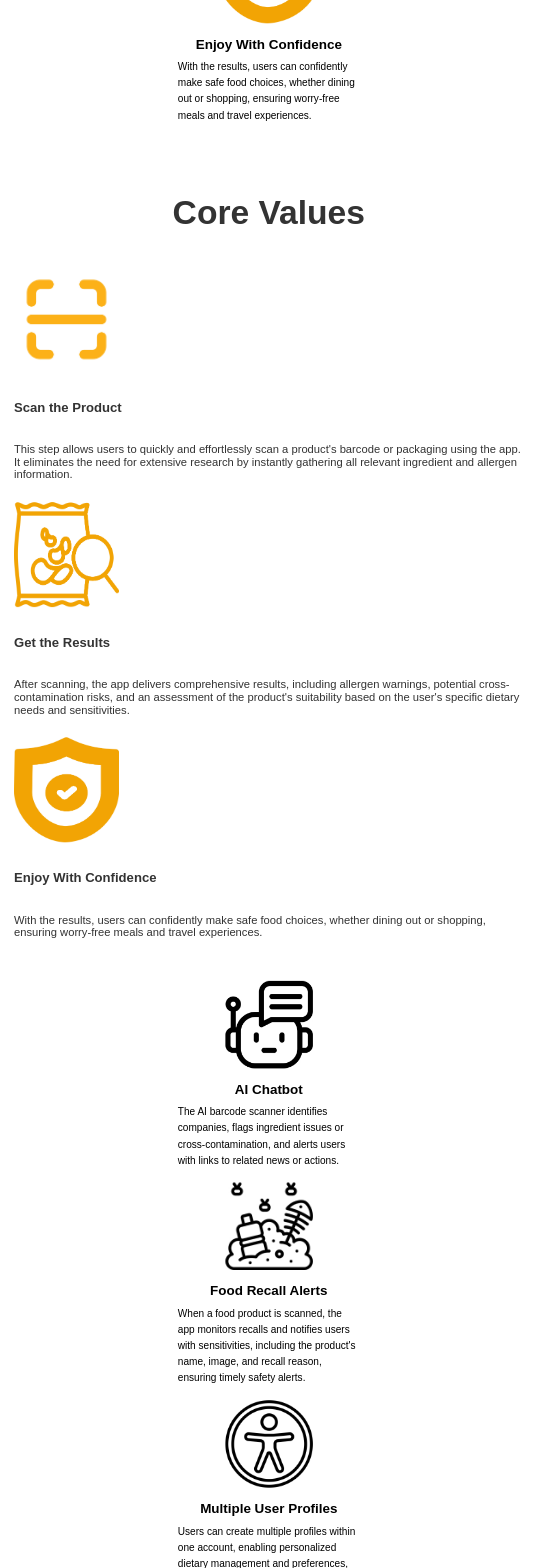
Repository: GavinPahal/landingpage
Page: /
An editor plug-in stored every save of this project. The page is shown before and after the next save, followed by the edit.
The browser window is 768 px wide. The pictures show the part of the page from y = 1956 to 4196 px (the page is 4336 px tall before and 3911 px after), at 70% of full size.
The project was rebuilt for these pictures with package versions that can differ from the ones it lists, and the page was loaded fresh each time. The framework's server and built-in components were replaced by stand-ins that run in the browser. Also part of the build but not shown: next.config.mjs.

Above is the page before, as saved 2024-11-28 18:39:50.

After the next save:
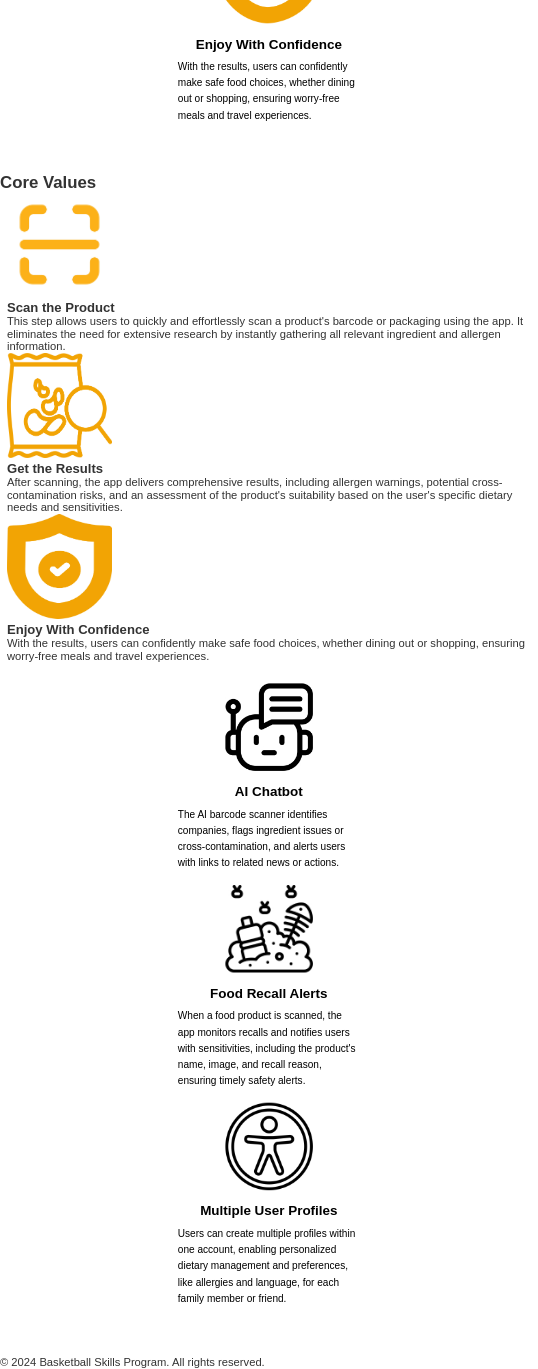
Saved 3 s later.
--- a/styles/globals.css
+++ b/styles/globals.css
@@ -265,90 +265,6 @@
   text-align: left;
 }
 
-/* Core Values Section */
-.coreValues {
-  padding: 50px 20px;
-}
-
-.coreMission h1 {
-  font-size: 3rem;
-  font-weight: bold;
-  color: #333;
-  margin-bottom: 50px;
-  text-align: center;
-}
-
-/* Value Cards Section */
-.valueCards {
-  display: flex;
-  flex-direction: column;
-  gap: 30px;
-}
-
-.valueCard {
-  display: flex;
-  align-items: flex-start;
-  gap: 40px;
-  margin: 0 auto;
-  max-width: 1000px;
-}
-
-.valueCard .leftContent {
-  flex: 0 0 300px;
-  display: flex;
-  flex-direction: column;
-  gap: 20px;
-}
-
-.valueCard .leftContent h3 {
-  font-size: 1.5rem;
-  font-weight: bold;
-  color: #333;
-  text-align: left;
-}
-
-.valueCard .leftContent img {
-  width: 100%;
-  max-width: 300px;
-  height: auto;
-  border-radius: 10px;
-  object-fit: cover;
-}
-
-.valueCard .textBox {
-  flex: 1;
-  padding: 20px;
-  background-color: #f9f9f9;
-  border-radius: 10px;
-  box-shadow: 0 4px 6px rgba(0, 0, 0, 0.1);
-}
-
-.valueCard .textBox p {
-  font-size: 1rem;
-  line-height: 1.6;
-  color: #555;
-  text-align: left;
-}
-
-/* Responsive Design */
-@media (max-width: 768px) {
-  .coreValues {
-    padding: 30px 10px;
-  }
-
-  .valueCard {
-    flex-direction: column;
-  }
-
-  .valueCard .leftContent {
-    align-items: center;
-    text-align: center;
-  }
-
-  .valueCard .textBox {
-    margin-top: 20px;
-  }
-}
 
 
 @media (max-width: 1024px) {

After the save that followed:
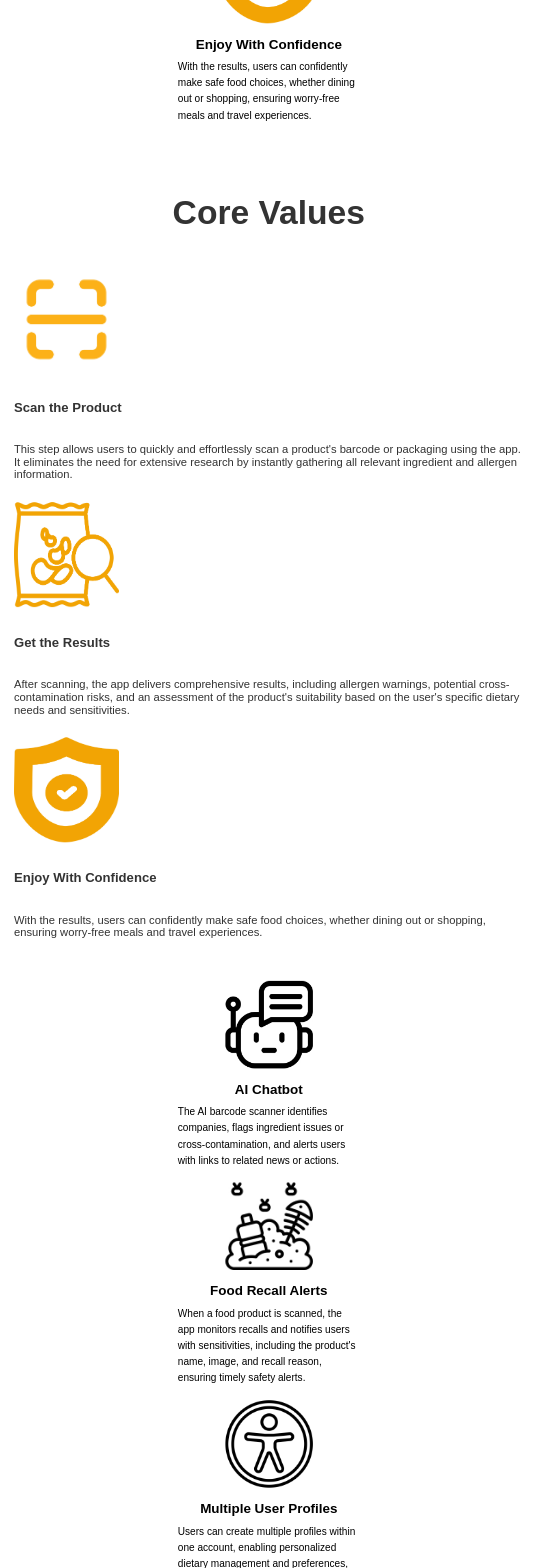
Saved 21 s later.
--- a/styles/globals.css
+++ b/styles/globals.css
@@ -265,6 +265,90 @@
   text-align: left;
 }
 
+/* Core Values Section */
+.coreValues {
+  padding: 50px 20px;
+}
+
+.coreMission h1 {
+  font-size: 3rem;
+  font-weight: bold;
+  color: #333;
+  margin-bottom: 50px;
+  text-align: center;
+}
+
+/* Value Cards Section */
+.valueCards {
+  display: flex;
+  flex-direction: column;
+  gap: 30px;
+}
+
+.valueCard {
+  display: flex;
+  align-items: flex-start;
+  gap: 40px;
+  margin: 0 auto;
+  max-width: 1000px;
+}
+
+.valueCard .leftContent {
+  flex: 0 0 300px;
+  display: flex;
+  flex-direction: column;
+  gap: 20px;
+}
+
+.valueCard .leftContent h3 {
+  font-size: 1.5rem;
+  font-weight: bold;
+  color: #333;
+  text-align: left;
+}
+
+.valueCard .leftContent img {
+  width: 100%;
+  max-width: 300px;
+  height: auto;
+  border-radius: 10px;
+  object-fit: cover;
+}
+
+.valueCard .textBox {
+  flex: 1;
+  padding: 20px;
+  background-color: #f9f9f9;
+  border-radius: 10px;
+  box-shadow: 0 4px 6px rgba(0, 0, 0, 0.1);
+}
+
+.valueCard .textBox p {
+  font-size: 1rem;
+  line-height: 1.6;
+  color: #555;
+  text-align: left;
+}
+
+/* Responsive Design */
+@media (max-width: 768px) {
+  .coreValues {
+    padding: 30px 10px;
+  }
+
+  .valueCard {
+    flex-direction: column;
+  }
+
+  .valueCard .leftContent {
+    align-items: center;
+    text-align: center;
+  }
+
+  .valueCard .textBox {
+    margin-top: 20px;
+  }
+}
 
 
 @media (max-width: 1024px) {
